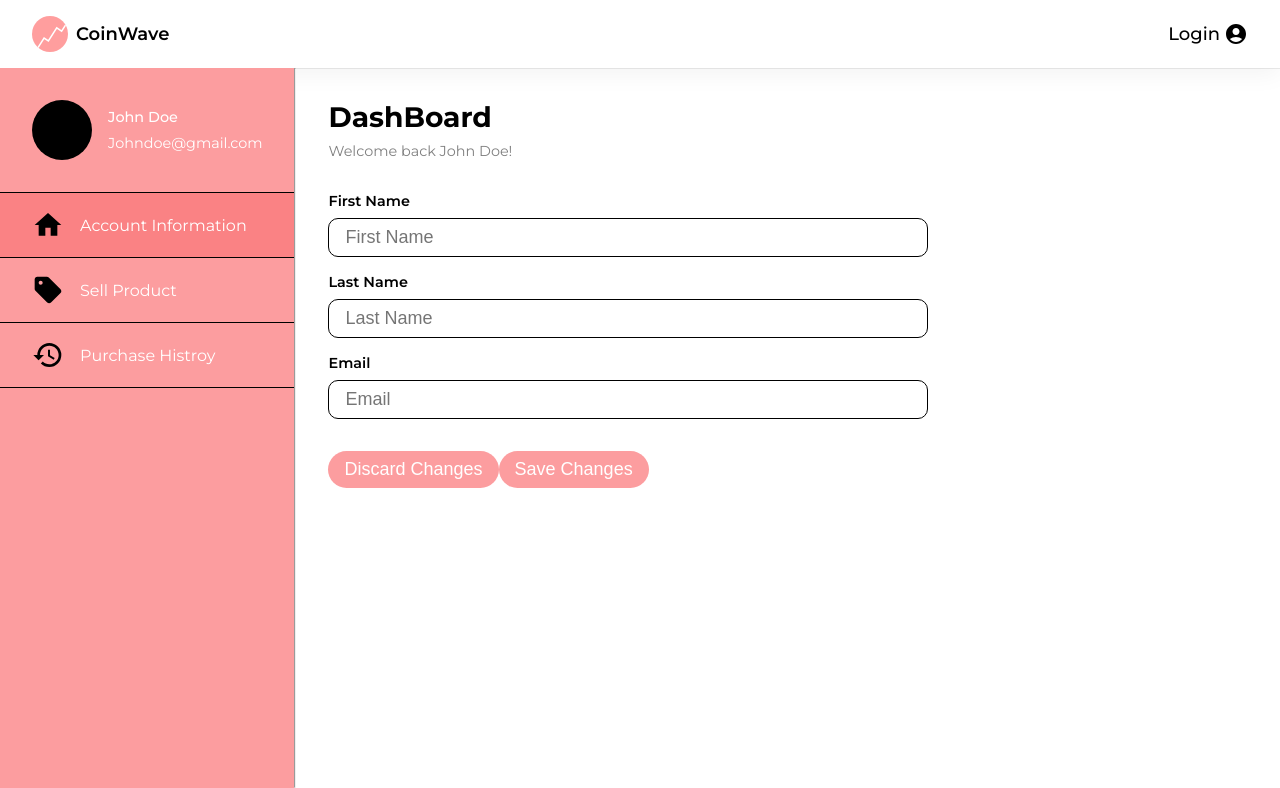
Repository: David-Waite/CoinWave
Page: /account
An editor plug-in stored every save of this project. The page is shown before and after a run of saves, followed by the edit.
The browser window is 1280 px wide. The pictures show the whole page.
The project was rebuilt for these pictures with package versions that can differ from the ones it lists, and the page was loaded fresh each time. The framework's server and built-in components were replaced by stand-ins that run in the browser. Also part of the build but not shown: next.config.js, app/components/account/SellProduct/SellProduct.js, app/components/account/PurchaseHistory/PurchaseHistory.js.

Above is the page before, as saved 2023-08-16 11:21:25.

### app/layout.js
import Nav from "./components/Nav/Nav";
import "./globals.css";
import { Montserrat } from "next/font/google";

const montserrat = Montserrat({ subsets: ["latin"] });

export const metadata = {
  title: "Coin Wave",
  description: "Generated by create next app",
};

export default function RootLayout({ children }) {
  return (
    <html lang="en">
      <body className={montserrat.className}>
        <Nav />
        {children}
      </body>
    </html>
  );
}

### app/account/page.js
"use client";
import styles from "./account.module.css";
import { useState } from "react";
import AccountMenu from "../components/account/AccountMenu/AccountMenu";
import AccountInformation from "../components/account/AccountInfomation/AccountInfomation";
import SellProduct from "../components/account/SellProduct/SellProduct";
import PurchaseHistroy from "../components/account/PurchaseHistory/PurchaseHistory";

export default function Account() {
  const [selected, setSelected] = useState({
    accountInformation: true,
    sellProduct: false,
    purchaseHistroy: false,
  });

  function handleMenuSelect(select) {
    setSelected({
      accountInformation: select === "accountInformation",
      sellProduct: select === "sellProduct",
      purchaseHistroy: select === "purchaseHistroy",
    });
  }

  return (
    <div className={styles.main}>
      <AccountMenu selected={selected} onClick={handleMenuSelect} />

      <hr />
      <main>
        {selected.accountInformation && <AccountInformation />}
        {selected.sellProduct && <SellProduct />}
        {selected.purchaseHistroy && <PurchaseHistroy />}
      </main>
    </div>
  );
}

### app/components/Nav/Nav.js
import styles from "./nav.module.css";
import Link from "next/link";
import { MdAccountCircle } from "react-icons/md";
export default function Nav() {
  return (
    <nav className={styles.main}>
      <Link className={styles.homeLink} href="/">
        <svg
          width="36"
          height="36"
          viewBox="0 0 36 36"
          fill="none"
          xmlns="http://www.w3.org/2000/svg"
        >
          <circle cx="18" cy="18" r="18" fill="#FF9E9E" />
          <mask
            id="mask0_7_9"
            style={{ maskType: "alpha" }}
            maskUnits="userSpaceOnUse"
            x="0"
            y="0"
            width="36"
            height="36"
          >
            <path
              d="M36 18C36 27.9411 27.9411 36 18 36C8.05887 36 0 27.9411 0 18C0 8.05887 8.05887 0 18 0C27.9411 0 36 8.05887 36 18Z"
              fill="#FF9E9E"
            />
          </mask>
          <g mask="url(#mask0_7_9)">
            <path
              d="M2.13416 37.6684L12.0865 22.0755L16.3706 24.9865L24.7305 11.8885L29.6267 15.2153L36.3942 4.61218"
              stroke="white"
              stroke-width="1.5"
            />
          </g>
        </svg>
        CoinWave
      </Link>
      <Link className={styles.loginLink} href="/login">
        Login <MdAccountCircle size={24} />
      </Link>
    </nav>
  );
}

### app/globals.css
:root {
  --primary: #fc9d9f;
}

* {
  margin: 0;
  padding: 0;
}

### app/components/account/AccountMenu/AccountMenu.js
import styles from "./accountMenu.module.css";
import { MdHistory, MdHome, MdSell } from "react-icons/md";
export default function AccountMenu(props) {
  function handleClick(select) {
    props.onClick(select);
  }

  const selectedP = {
    backgroundColor: "#fa8284",
  };

  return (
    <div className={styles.container}>
      <div className={styles.infoOverView}>
        <div className={styles.photo}></div>
        <div className={styles.overViewTextContainer}>
          <p className={styles.fullNameOverView}>John Doe</p>
          <p className={styles.emailOverView}>Johndoe@gmail.com</p>
        </div>
      </div>

      <div
        onClick={() => handleClick("accountInformation")}
        className={styles.linkContainer}
        style={Object.assign(props.selected.accountInformation && selectedP)}
      >
        <MdHome className={styles.menuIcons} />
        <p>Account Information</p>
      </div>

      <div
        onClick={() => handleClick("sellProduct")}
        className={styles.linkContainer}
        style={Object.assign(props.selected.sellProduct && selectedP)}
      >
        <MdSell className={styles.menuIcons} />
        <p>Sell Product</p>
      </div>

      <div
        onClick={() => handleClick("purchaseHistroy")}
        className={`${styles.linkContainer} ${styles.linkContainerBottom}`}
        style={Object.assign(props.selected.purchaseHistroy && selectedP)}
      >
        <MdHistory className={styles.menuIcons} />
        <p>Purchase Histroy</p>
      </div>
    </div>
  );
}

### app/components/account/AccountInfomation/AccountInfomation.js
"use client";
import styles from "./accountInformation.module.css";
import { useState } from "react";
import { useRouter } from "next/navigation";
import { MdSecurityUpdate } from "react-icons/md";

export default function AccountInformation() {
  const [formData, setFormData] = useState({
    firstName: "",
    lastNameName: "",
    email: "",
  });

  const router = useRouter();

  function handleChange(event) {
    const { type, name, value, checked } = event.target;
    setFormData((prevFormData) => {
      return {
        ...prevFormData,
        [name]: type === "checkbox" ? checked : value,
      };
    });
  }

  function handleSubmit(event) {
    event.preventDefault();

    router.push("/account");
  }

  return (
    <main className={styles.main}>
      <form onSubmit={handleSubmit}>
        <h1 className={styles.title}>DashBoard</h1>
        <p className={styles.welcomeText}>Welcome back {"John Doe"}!</p>

        <div className={styles.form}>
          <div className={styles.inputContainer}>
            <label className={styles.firstNameLable} htmlFor="firstName">
              First Name
            </label>
            <input
              className={styles.firstName}
              type="text"
              placeholder="First Name"
              onChange={handleChange}
              name="firstName"
              value={formData.firstName}
            />
          </div>
          <div className={styles.inputContainer}>
            <label className={styles.lastNameLable} htmlFor="lastName">
              Last Name
            </label>
            <input
              className={styles.firstName}
              type="text"
              placeholder="Last Name"
              onChange={handleChange}
              name="lastName"
              value={formData.lastName}
            />
          </div>
          <div className={styles.inputContainer}>
            <label className={styles.emailLable} htmlFor="email">
              Email
            </label>
            <input
              className={styles.email}
              type="email"
              placeholder="Email"
              onChange={handleChange}
              name="email"
              value={formData.email}
            />
          </div>
        </div>
        <div className={styles.buttonContainer}>
          <button className={styles.discardChanges}>Discard Changes</button>
          <button className={styles.saveChanges}>Save Changes</button>
        </div>
      </form>
    </main>
  );
}

### app/components/Nav/nav.module.css
.main {
  display: flex;
  align-items: center;
  justify-content: space-between;
  padding: 16px 60px;
  box-shadow: rgba(0, 0, 0, 0.05) 0px 6px 24px 0px,
    rgba(0, 0, 0, 0.08) 0px 0px 0px 1px;
}

.homeLink {
  display: flex;
  align-items: center;
  gap: 8px;
  text-decoration: none;
  font-size: 18px;
  color: black;
  font-weight: 600;
}

.loginLink {
  display: flex;
  align-items: center;
  gap: 4px;
  font-size: 18px;
  text-decoration: none;
  color: black;
  font-weight: 500;
}

@media (max-width: 1600px) {
  .main {
    padding: 16px 32px;
  }
}
@media (max-width: 778px) {
  .main {
    padding: 16px;
  }
  .loginLink,
  .homeLink {
    font-size: 16px;
  }
}

### app/components/account/AccountMenu/accountMenu.module.css
.container {
  background-color: var(--primary);

  height: 100vh;
}

.infoOverView {
  display: flex;
  align-items: center;
  gap: 16px;

  padding: 32px;
}

.fullNameOverView {
  color: white;
  font-size: 14.4px;
  font-weight: 500;
}

.emailOverView {
  color: white;
  font-size: 14.4px;
}

.overViewTextContainer {
  display: flex;
  flex-direction: column;
  gap: 8px;
}

.linkContainer {
  padding: 16px 0;
  display: flex;
  align-items: center;
  gap: 16px;
  padding-left: 32px;
  border-top: 1px solid black;
  cursor: pointer;
}
.linkContainer:hover {
  background-color: #fa8284;
}

.menuIcons {
  font-size: 32px;
}

.linkContainerBottom {
  border-bottom: 1px solid black;
}

.linkContainer p {
  color: white;
}

.photo {
  width: 60px;
  height: 60px;
  background-color: black;
  border-radius: 50%;
}

### app/components/account/AccountInfomation/accountInformation.module.css
.main {
  padding: 32px;
  width: 600px;
}

.title {
  font-size: 28.13px;
}

.welcomeText {
  font-size: 14.4px;
  color: grey;
  margin-top: 8px;
}

.firstNameLable,
.lastNameLable,
.emailLable {
  font-size: 14.4px;
  font-weight: 600;
}

.firstName,
.lastName,
.email {
  border: 1px solid black;
  padding: 8px 16px;
  font-size: 18px;
  border-radius: 10px;
}

.form {
  padding: 32px 0;
  display: flex;
  flex-direction: column;
  gap: 16px;
}

.inputContainer {
  display: flex;
  flex-direction: column;
  gap: 8px;
}

.discardChanges,
.saveChanges {
  background-color: var(--primary);
  cursor: pointer;
  color: white;
  border: none;
  padding: 8px 16px;
  border-radius: 50px;
  font-size: 18px;
}

Loaded but not shown: app/account/account.module.css (common file)

After the next 2 saves:
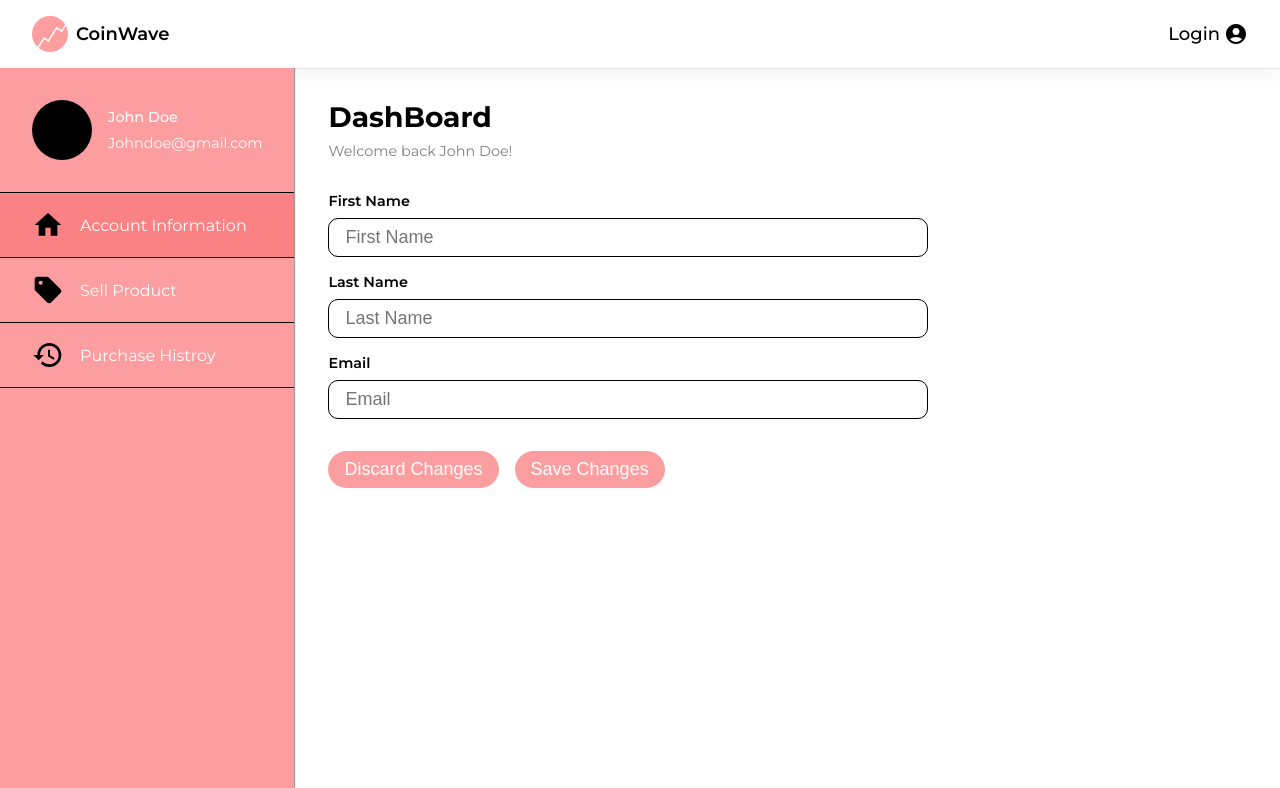
The 2 saves are shown as one change because they came seconds apart.
The last was saved 8 s later.
--- a/app/components/account/AccountInfomation/accountInformation.module.css
+++ b/app/components/account/AccountInfomation/accountInformation.module.css
@@ -42,6 +42,10 @@
   gap: 8px;
 }
 
+.buttonContainer {
+  display: flex;
+  gap: 16px;
+}
 .discardChanges,
 .saveChanges {
   background-color: var(--primary);
